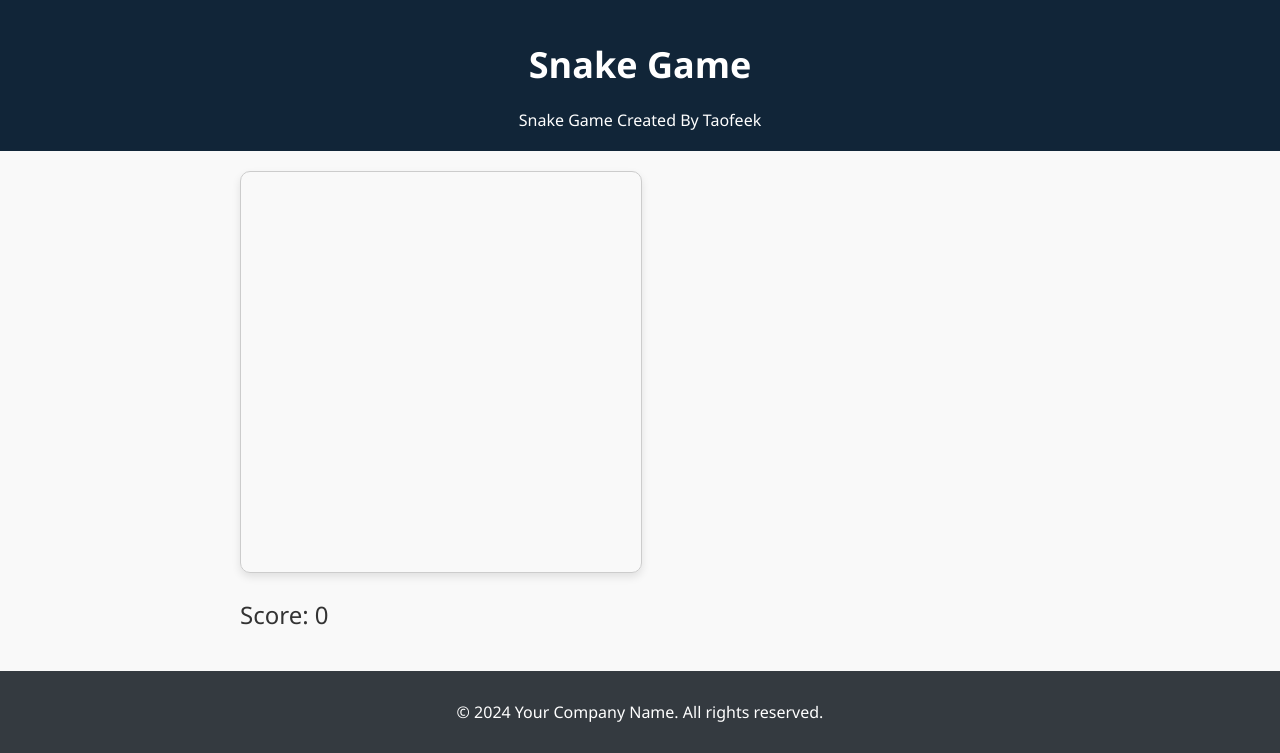
Repository: Taofeekolusola/Landing-page
Page: index.html
An editor plug-in stored every save of this project. The page is shown before and after a run of saves, followed by the edit.
The browser window is 1280 px wide. The pictures show the whole page.

Above is the page before, as saved 2024-05-06 18:06:01.
Not found: script.js

### index.html
<!DOCTYPE html>
<html lang="en">
<head>
    <meta charset="UTF-8">
    <meta name="viewport" content="width=device-width, initial-scale=1.0">
    <title>Snake Game</title>
    <link rel="stylesheet" href="styles.css">
</head>
<body>
    <header>
        <div class="container">
            <h1>Snake Game</h1>
        </div>
        <div class="name">Snake Game Created By Taofeek</div>
    </header>
    <main>
        <div class="container">
            <canvas id="gameCanvas" width="400" height="400"></canvas>
            <div id="score">Score: 0</div>
        </div>
    </main>
    <footer>
        <div class="container">
            <p>&copy; 2024 Your Company Name. All rights reserved.</p>
        </div>
    </footer>
    <script src="script.js"></script>
</body>
</html>

### styles.css
body {
    font-family: 'Segoe UI', Tahoma, Geneva, Verdana, sans-serif;
    margin: 0;
    padding: 0;
    display: flex;
    flex-direction: column;
    min-height: 100vh;
    background-color: #f9f9f9;
}

.container {
    width: 80%;
    max-width: 800px;
    margin: 0 auto;
    padding: 20px;
}

header {
    background-color: #112538;
    color: #fff;
    text-align: center;
    padding: 20px 0;
}

header h1 {
    font-size: 36px;
    margin: 0;
}

main {
    flex-grow: 1;
    display: flex;
    justify-content: center;
    align-items: center;
}

canvas {
    border: 1px solid #ccc;
    border-radius: 10px;
    box-shadow: 0 4px 8px rgba(0, 0, 0, 0.1);
}

#score {
    margin-top: 20px;
    font-size: 24px;
    color: #333;
}

footer {
    background-color: #343a40;
    color: #fff;
    text-align: center;
    padding: 10px 0;
    margin-top: 20px;
}

footer p {
    margin: 0;
}

After the next 4 saves:
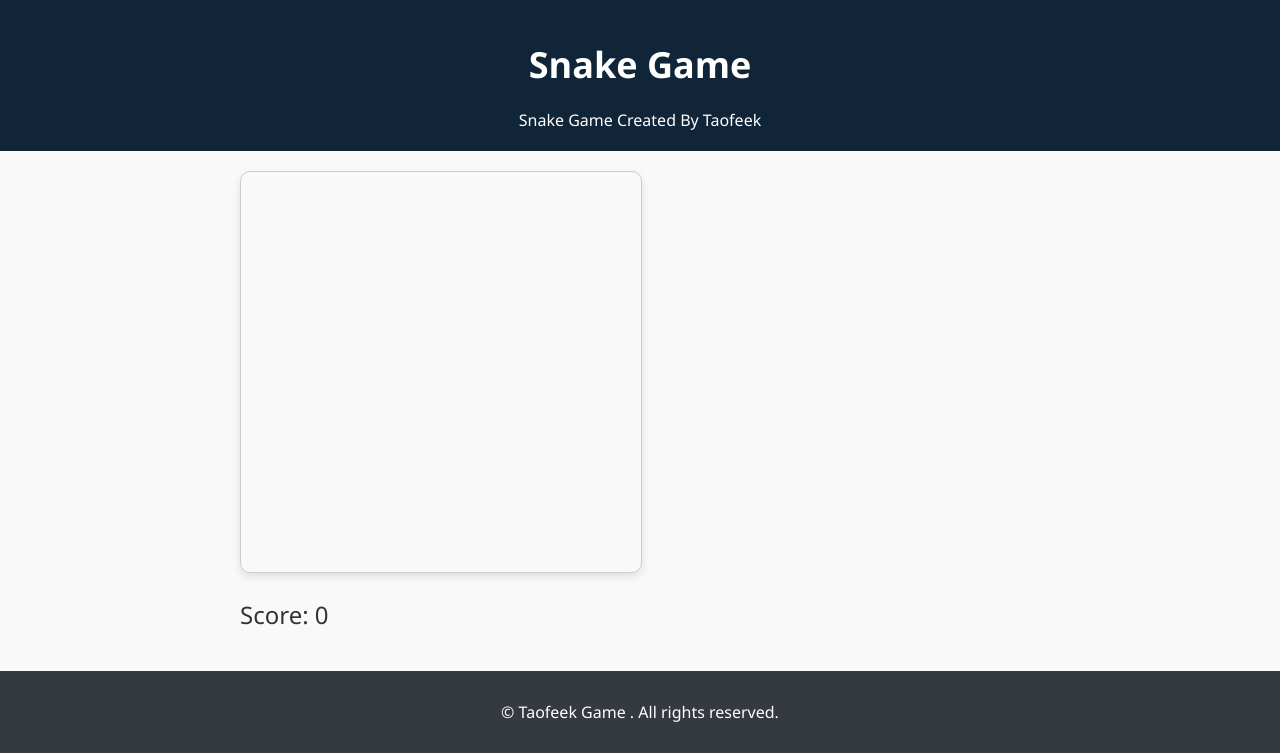
The 4 saves are shown as one change because they came seconds apart.
The last was saved 78 s later.
--- a/index.html
+++ b/index.html
@@ -21,7 +21,7 @@
     </main>
     <footer>
         <div class="container">
-            <p>&copy; 2024 Your Company Name. All rights reserved.</p>
+            <p>&copy; Taofeek Game . All rights reserved.</p>
         </div>
     </footer>
     <script src="script.js"></script>
